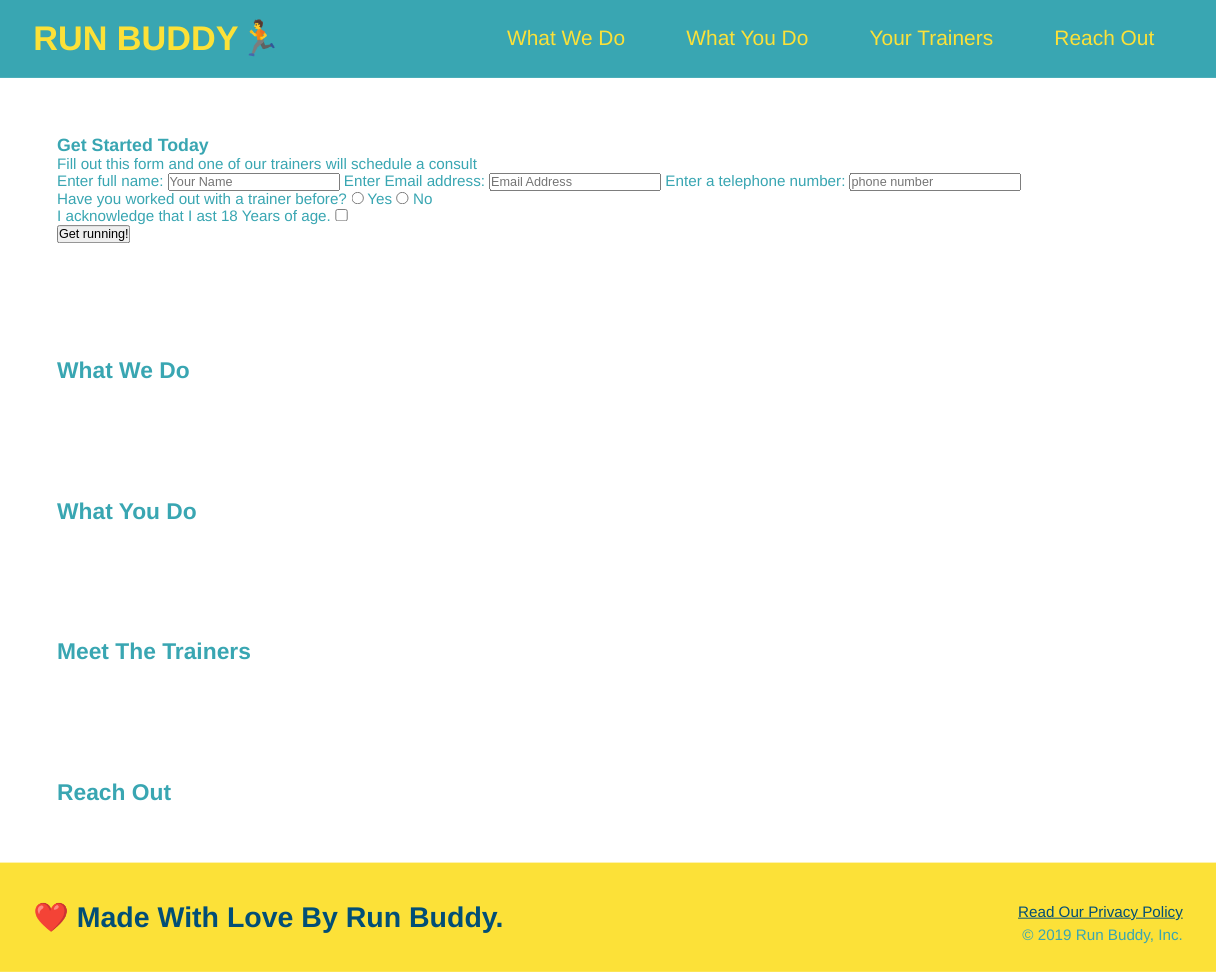
Repository: pilar122/run-buddy
Page: index.html
These files come from the project's save history. The page is drawn as it stood at one moment and after the next save; the edit follows.
The browser window is 1280 px wide. The pictures show the whole page, at 95% of full size.

Above is the page before, as saved 2023-01-21 11:39:23.

After the next save:
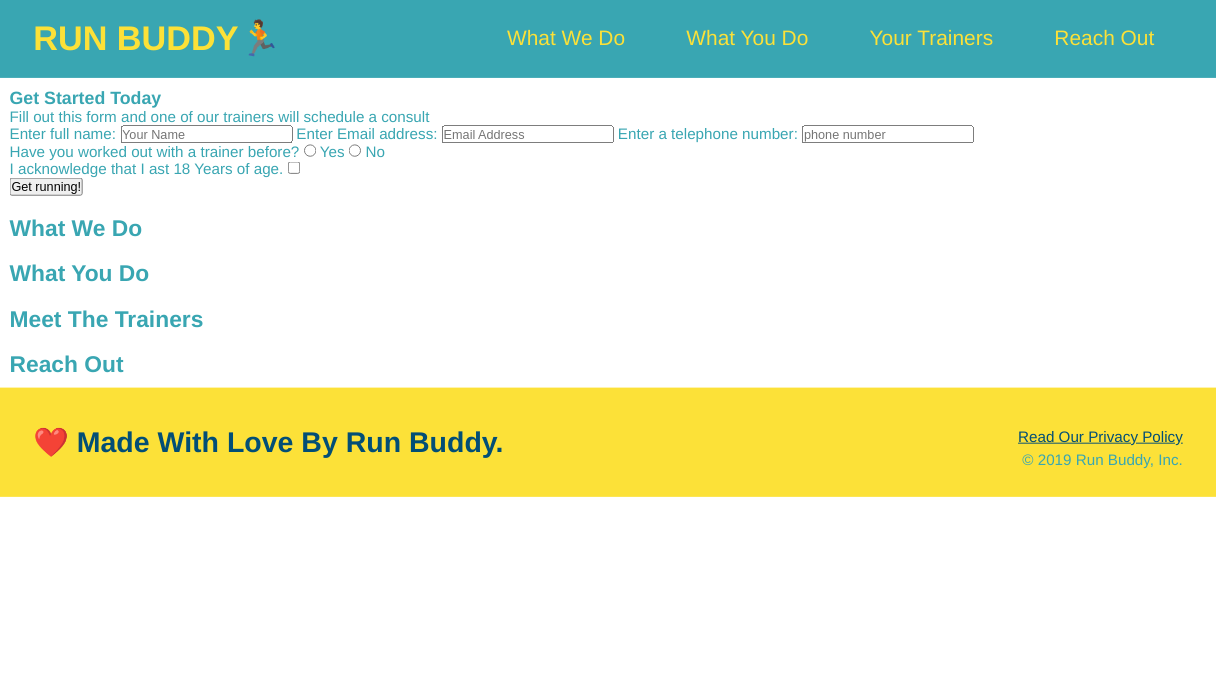
Saved 30 s later.
--- a/assets/css/style.css
+++ b/assets/css/style.css
@@ -69,5 +69,5 @@
 }
 
 section {
-    padding:60px;
+    padding:10px;
 }

After the save that followed:
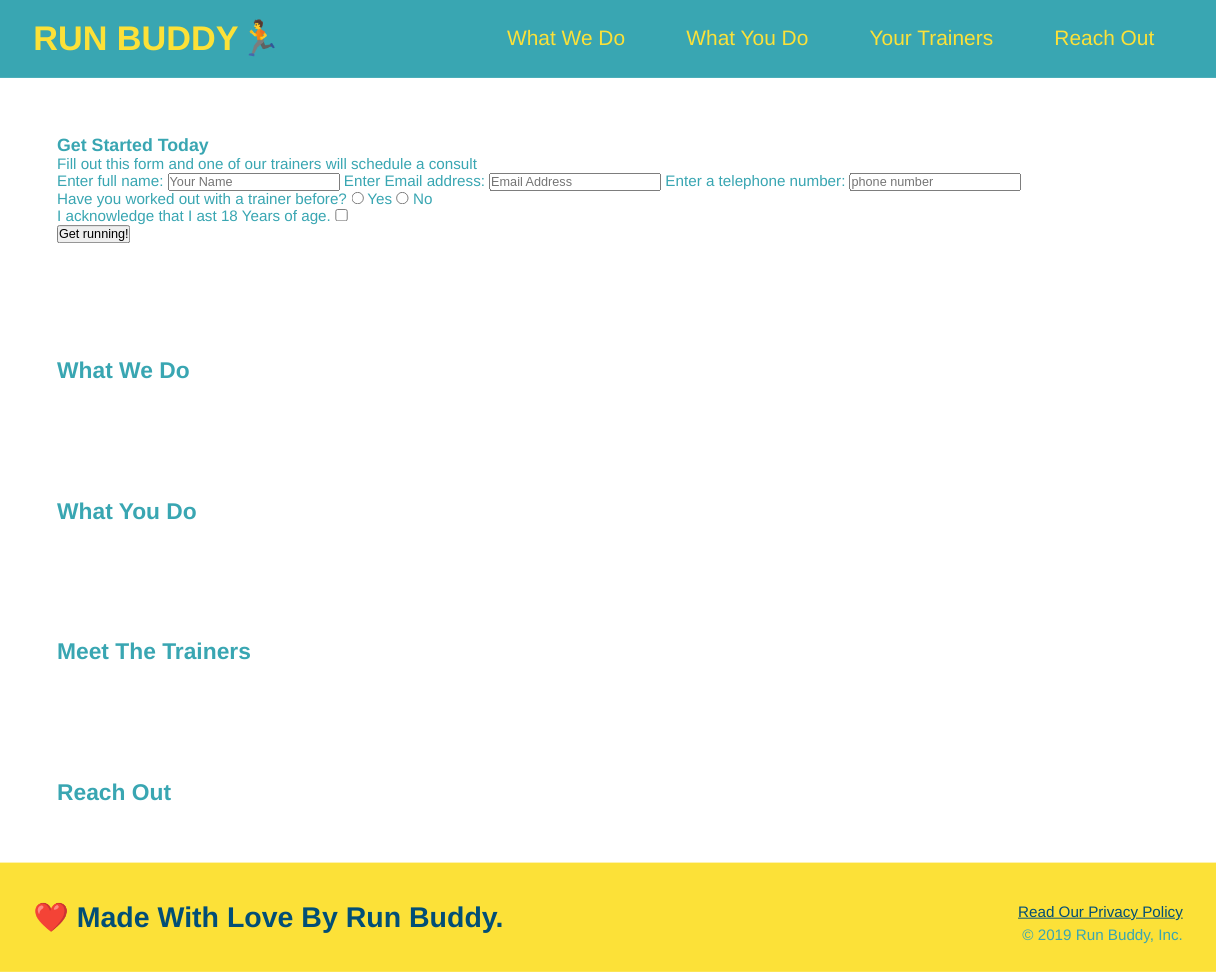
Saved 5 s later.
--- a/assets/css/style.css
+++ b/assets/css/style.css
@@ -69,5 +69,5 @@
 }
 
 section {
-    padding:10px;
+    padding:60px;
 }
